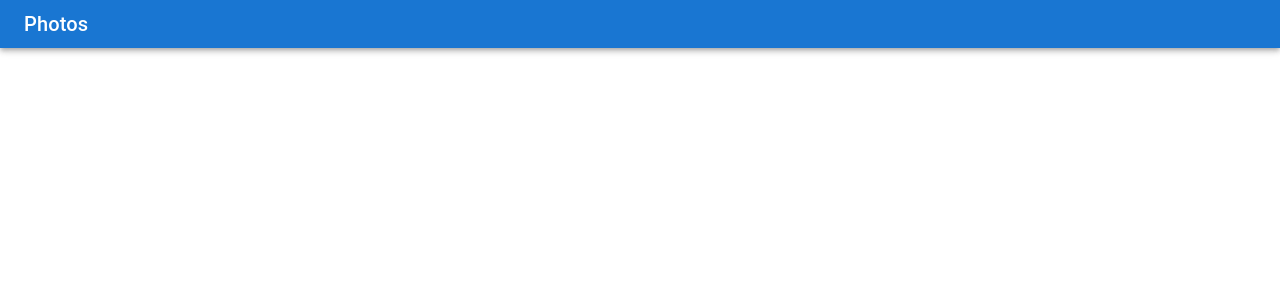
Repository: Mikerr21/League-Of-Legends-API
Page: /
An editor plug-in stored every save of this project. The page is shown before and after a run of saves, followed by the edit.
The browser window is 1280 px wide. The pictures show the whole page.
The project was rebuilt for these pictures with package versions that can differ from the ones it lists, and the page was loaded fresh each time.

Above is the page before, as saved 2022-09-23 18:37:14.

After the next 2 saves:
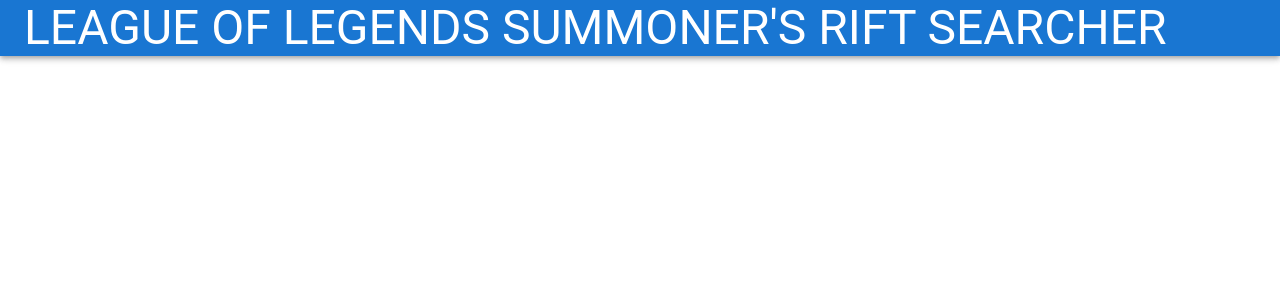
The 2 saves are shown as one change because they came seconds apart.
The last was saved 16 s later.
--- a/src/App.js
+++ b/src/App.js
@@ -10,15 +10,13 @@
 function App() {
   return (
     <div className="App">
-      {/* <Typography variant="h3" component="h2">
-  LEAGUE OF LEGENDS SUMMONER'S RIFT SEARCHER
-</Typography>; */}
+
 <AppBar position="static">
   <Toolbar variant="dense">
 
-    <Typography variant="h6" color="inherit" component="div">
-      Photos
-    </Typography>
+    <Typography variant="h3" component="h2">
+  LEAGUE OF LEGENDS SUMMONER'S RIFT SEARCHER
+</Typography>
   </Toolbar>
 </AppBar>
     </div>
